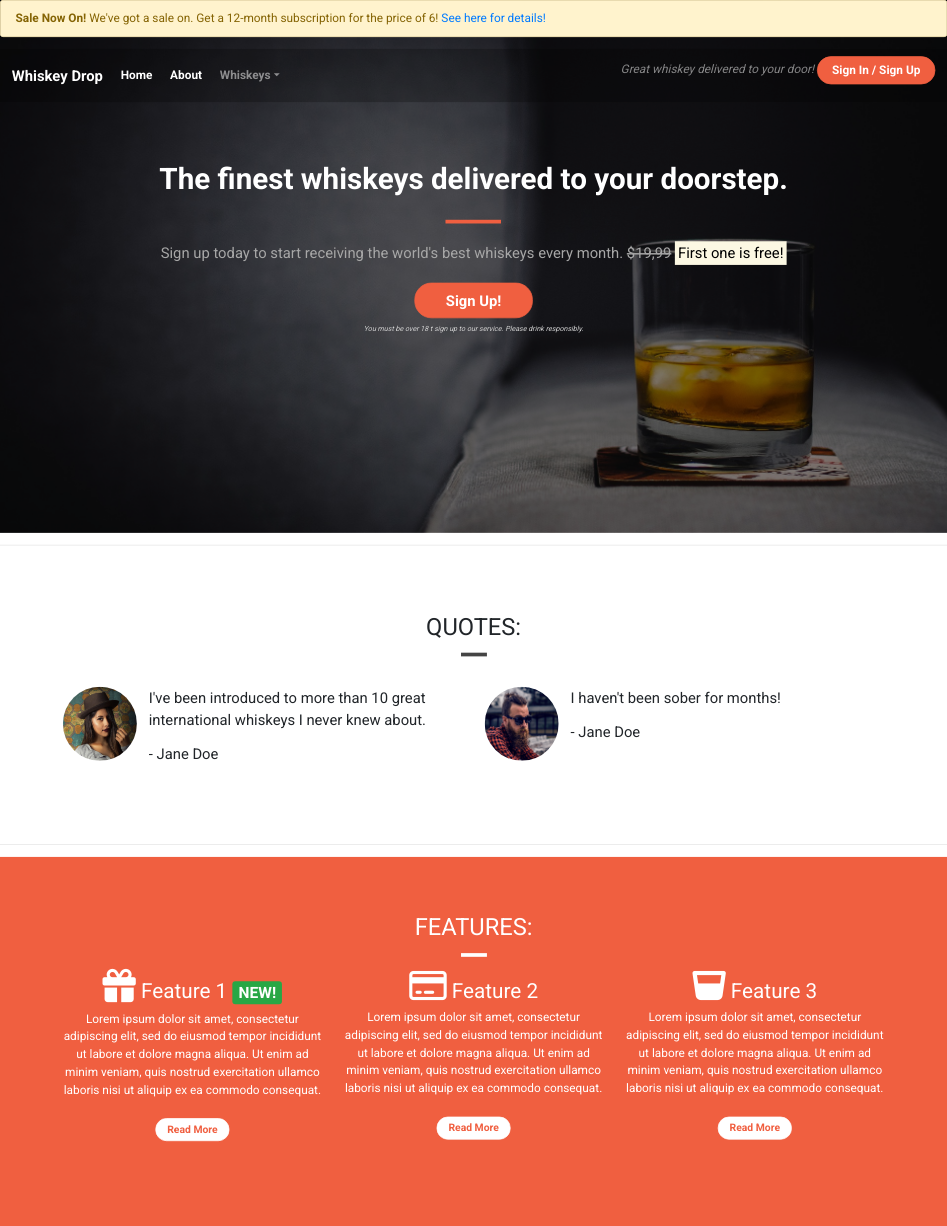
Repository: nitr-am/whiskey-project
Page: index.html
The author's editor kept a record of every edit. The page is drawn from the files as they stood at one moment, then again after the next edit.
The browser window is 1280 px wide. The pictures show the whole page, at 74% of full size.
Backgrounds fixed to the window are drawn as part of the page. Some web libraries are served in a nearby version.

Above is the page before.

### index.html
<!DOCTYPE html>
<html lang="en-us">

<head>
    <meta charset="utf-8">
    <meta name="viewport" content="width=device-width, initial-scale=1.0">
    <title>Whiskey Drop | Taste a new whiskey every month</title>
    <link rel="stylesheet" href="https://maxcdn.bootstrapcdn.com/bootstrap/4.1.3/css/bootstrap.min.css">
    <script src="https://kit.fontawesome.com/079375249b.js"></script>
    <link href="https://fonts.googleapis.com/css?family=Roboto:400,700&display=swap" rel="stylesheet">
    <link rel="stylesheet" href="css/style.css" type="text/css" />
</head>

<body>

    <div class="container-fluid navalert-container">
        <div class="container-fluid alert-container">
            <div class="row d-none d-sm-block">
                <div class="col-12">
                    <div class="site-wide-atert alert alert-warning">
                        <strong>Sale Now On!</strong> We've got a sale on. Get a 12-month subscription for the price of 6! <a href="#">See here for details!</a>
                    </div>
                </div>
            </div>
        </div>
        <nav class="navbar navbar-dark navbar-expand-sm">
            <a href="#" class="navbar-brand">Whiskey Drop</a>

            <button class="navbar-toggler ml-auto" type="button" data-toggle="collapse" data-target="#navbarNavDropdown" aria-controls="navbarNavDropdown" aria-expanded="false" aria-label="Toggle navigation">
              <span class="navbar-toggler-icon"></span>
            </button>
            <div class="collapse navbar-collapse" id="navbarNavDropdown">
                <ul class="navbar-nav mr-auto">
                    <li class="active nav-item mr-2"><a href="/" class="nav-link">Home</a></li>
                    <li class="active nav-item mr-2"><a href="/about" class="nav-link">About</a></li>
                    <li class="nav-item dropdown">
                        <a class="nav-link dropdown-toggle" href="#" id="navbarDropdownMenuLink" role="button" data-toggle="dropdown" aria-haspopup="true" aria-expanded="false">Whiskeys</a>

                        <div class="dropdown-menu" aria-labelledby="navbarDropdownMenuLink">
                            <a class="dropdown-item" href="#">Irish</a>
                            <a class="dropdown-item" href="#">Scotch</a>
                            <a class="dropdown-item" href="#">Japanese</a>
                            <a class="dropdown-item" href="#">American</a>
                        </div>
                    </li>
                    <li class="active nav-item mr-2 d-block d-sm-none"><a href="/login" class="nav-link">Sign In / Sign Up</a></li>
                </ul>
            </div>
            <div class="d-none d-md-block">
                <p class="navbar-text my_auto -mr-2"><i>Great whiskey delivered to your door!</i></p>
                <a href="/login" class="btn btn--cta btn--red">Sign In / Sign Up</a>
            </div>
        </nav>
    </div>


    <!-- Callout -->
    <div class="container-fluid callout-container">
        <div class="opaque-overlay">&nbsp;</div>
        <div class="row">
            <div class="col-12">
                <section class="callout jumbotron text-center">
                    <h1 class="jumbotron-header">The finest whiskeys delivered to your doorstep.</h1>
                    <hr class="block-divider block-divider--orange">
                    <p class="lead">Sign up today to start receiving the world's best whiskeys every month.
                        <s class="d-none d-sm-inline">$19,99</s>
                        <span class="d-inline d-sm-none"><br></span>
                        <strong><mark>First one is free!</mark></strong></p>
                    <button class="btn btn-lg btn--cta btn--red" data-toggle="modal" data-target="#signUpModal">Sign Up!</button>
                    <p class="text-muted "><small>You must be over 18 t sign up to our service. Please drink responsibly.</small></p>
                </section>
            </div>
        </div>
    </div>
    <!-- /.callout -->
    <hr>


    <!-- Quotes -->
    <div class="container-wrapper">
        <div class="container quotes-container content-container">
            <section class="quotes ">
                <div class="row ">
                    <div class="col-12 page-header">
                        <h2 class="text-uppercase">Quotes:</h2>
                        <hr class="block-divider block-divider--short">
                    </div>
                </div>
                <div class="row ">
                    <div class="col-12 col-md-6">
                        <div class="media">
                            <div class="d-none d-sm-block">
                                <img src="images/girl-image.png" class="rounded-circle mr-3" height=100 width=100>
                            </div>
                            <div class="media-body">
                                <blockquote class="blockquote ">
                                    <p>I've been introduced to more than 10 great international whiskeys I never knew about.</p>
                                    <p>- Jane Doe</p>
                                </blockquote>
                            </div>
                        </div>
                    </div>
                    <div class="col-12 col-md-6 ">
                        <div class="media">
                            <div class="d-none d-sm-block">
                                <img src="images/guy-image.png" class="rounded-circle mr-3" height=100 width=100>
                            </div>
                            <div class="media-body">
                                <blockquote class="blockquote ">
                                    <p>I haven't been sober for months!</p>
                                    <p>- Jane Doe</p>
                                </blockquote>
                            </div>
                        </div>
                    </div>
                </div>
            </section>
        </div>
    </div>
    <!-- /.quotes -->
    <hr>


    <!-- Features -->
    <div class="container-wrapper container-wrapper--red">
        <div class="container features-container content-container">
            <section class="features ">
                <div class="row ">
                    <div class="col-12 page-header">
                        <h2 class="text-uppercase ">Features:</h2>
                        <hr class="block-divider block-divider--short block-divider--white">
                    </div>
                </div>
                <div class="row ">
                    <div class="col-12 col-md-6 col-lg-4 ">
                        <div class="feature">
                            <h3><i class="fas fa-gift d-none d-sm-inline"></i> Feature 1 <span class="badge badge-success">NEW!</span></h3>
                            <p>Lorem ipsum dolor sit amet, consectetur adipiscing elit, sed do eiusmod tempor incididunt ut labore et dolore magna aliqua. Ut enim ad minim veniam, quis nostrud exercitation ullamco laboris nisi ut aliquip ex ea commodo consequat.
                            </p>
                            <p><a class="btn btn-sm btn-light " href=" ">Read More</a></p>
                        </div>
                    </div>
                    <div class="col-12 col-md-6 col-lg-4 ">
                        <div class="feature">
                            <h3><i class="far fa-credit-card d-none d-sm-inline"></i> Feature 2</h3>
                            <p>Lorem ipsum dolor sit amet, consectetur adipiscing elit, sed do eiusmod tempor incididunt ut labore et dolore magna aliqua. Ut enim ad minim veniam, quis nostrud exercitation ullamco laboris nisi ut aliquip ex ea commodo consequat.
                            </p>
                            <p><a class="btn btn-sm btn-light " href=" ">Read More</a></p>
                        </div>
                    </div>
                    <div class="col-12 d-md-none d-lg-block col-lg-4 ">
                        <div class="feature">
                            <h3><i class="fas fa-glass-whiskey d-none d-sm-inline"></i> Feature 3</h3>
                            <p>Lorem ipsum dolor sit amet, consectetur adipiscing elit, sed do eiusmod tempor incididunt ut labore et dolore magna aliqua. Ut enim ad minim veniam, quis nostrud exercitation ullamco laboris nisi ut aliquip ex ea commodo consequat.
                            </p>
                            <p><a class="btn btn-sm btn-light " href=" ">Read More</a></p>
                        </div>
                    </div>
                </div>
            </section>
        </div>
    </div>
    <!-- /.features -->

    <div class="modal" tabindex="-1" role="dialog" id="signUpModal">
        <div class="modal-dialog" role="document">
            <div class="modal-content">
                <div class="modal-header">
                    <h5 class="modal-title">Sign Up To Whiskey Drop!</h5>
                    <button type="button" class="close" data-dismiss="modal" aria-label="Close">
                        <span aria-hidden="true">&times;</span>
                    </button>
                </div>
                <div class="modal-body">
                    <form>
                        <div class="form-group">
                            <label for="exampleInputEmail1">Email address</label>
                            <input type="email" class="form-control" id="exampleInputEmail1" aria-describedby="emailHelp" placeholder="Enter email">
                            <small id="emailHelp" class="form-text text-muted">We'll never share your email with anyone else.</small>
                        </div>
                        <div class="form-group">
                            <label for="password">Password</label>
                            <input type="password" class="form-control" id="password" placeholder="Password">
                        </div>
                        <div class="form-group">
                            <label for="repeatPassword"> Repeat Password</label>
                            <input type="password" class="form-control" id="repeatPassword" placeholder="Repeat Password">
                        </div>

                        <button type="submit" class="btn btn-success">Submit</button>
                    </form>
                </div>
            </div>
        </div>
    </div>


    <script src="https://code.jquery.com/jquery-3.3.1.slim.min.js" integrity="sha384-q8i/X+965DzO0rT7abK41JStQIAqVgRVzpbzo5smXKp4YfRvH+8abtTE1Pi6jizo" crossorigin="anonymous"></script>
    <script src="https://cdnjs.cloudflare.com/ajax/libs/popper.js/1.14.7/umd/popper.min.js" integrity="sha384-UO2eT0CpHqdSJQ6hJty5KVphtPhzWj9WO1clHTMGa3JDZwrnQq4sF86dIHNDz0W1" crossorigin="anonymous"></script>
    <script src="https://stackpath.bootstrapcdn.com/bootstrap/4.3.1/js/bootstrap.min.js" integrity="sha384-JjSmVgyd0p3pXB1rRibZUAYoIIy6OrQ6VrjIEaFf/nJGzIxFDsf4x0xIM+B07jRM" crossorigin="anonymous"></script>
</body>

</html>

### css/style.css
body {
    font-family: "Roboto", sans-serif;
}

.callout-container {
    height: 100vh;

    background: url("../images/whiskey-background.jpg") no-repeat bottom right fixed;
    -webkit-background-size: cover;
    -moz-background-size: cover;
    -o-background-size: cover;
    background-size: cover;

    display: flex;
    align-items: center;
    justify-content: center;

    position:relative;
}

.opaque-overlay {
    position: absolute;
    top: 0;
    left: 0;
    height: 100%;
    width: 100%;
    background-color: rgba(0, 0, 0, 0.5);
}

/* containers */

.content-container {
    padding-top: 75px;
    padding-bottom: 75px;
}

.container-wrapper {}

.container-wrapper--red {
    background-color: #f05f40;
    color:white;
}
.quotes-container {}

.features-container {}

/* Page headers */

.page-header {
    margin-bottom: 0;
    border-bottom: 0;
    text-align: center;
}

.page-header h2 {
    margin-top: 0;
}

.quotes .page-header {
    margin-bottom:25px;
}

/* Block dividers */

.block-divider {
    width:75px;
    height:5px;
    border:0;
    background-color:#444;
}

.block-divider--orange {
    background-color: #f05f40;
}

.block-divider--white {
    background-color: white;
}

.block-divider--short {
    width: 35px;
}

/* Navbar */

.navalert-container {
    position: absolute;
    top: 0;
    left: 0;
    z-index: 1;
    padding-left: 0;
    padding-right: 0;
}

.navbar {
    margin-bottom: 0;
    width: 100%;
    background-color: rgba(0, 0, 0, .25);
    border: 0;
}

.navbar .navbar-toggler {
    border:0;
}

.navbar-dark .navbar-brand {
    font-weight: bold;
}

.navbar .navbar-nav a {
    font-weight: bold;
}

.alert-container .col-12 {
    padding-left: 0;
    padding-right: 0;
}

.site-wide-alert {
    color: #544600;
    background-color: #eec802;
    border-color: #eec802;
    padding: 5px 15px;
    margin-bottom: 0;
    border: 1px solid transparent;
    border-radius: 0;

}

/* Jumbotrons */

.jumbotron {
    background-color: transparent;
}

.jumbotron h1 {
    color:white;
    font-weight: bold;
    margin-bottom: 30px;
}
.jumbotron .lead {
    margin:25px 0;
    color: #a7a7a7;
}
.jumbotron small {
    font-size:60%;
    font-style: italic;
    color: #d0d0d0;
}

/* Buttons */

.btn--cta {
    font-weight: bold;
    border-radius:23px;
    width:160px;
}
.btn--red {
    color:white;
    background-color: #f05f40;
    border-color:#f05f40;
}

.btn--red:hover,
.btn--red:active,
.btn--red:focus,
.btn--red:active:focus {
    background-color: #df4929;
    border-color: #df4929;
    color: white;
}

.feature {
    text-align: center;
    margin-bottom: 40px;
}

.feature i {
    margin-bottom: 20px;
    font-size: 45px;
    line-height: 45px;
}

.feature .btn {
    background-color: white;
    border-color: white;
    border-radius: 15px;
    min-width: 100px;
    font-weight: bold;
    margin-top: 10px;
    color: #f05f40;
}

After the next edit:
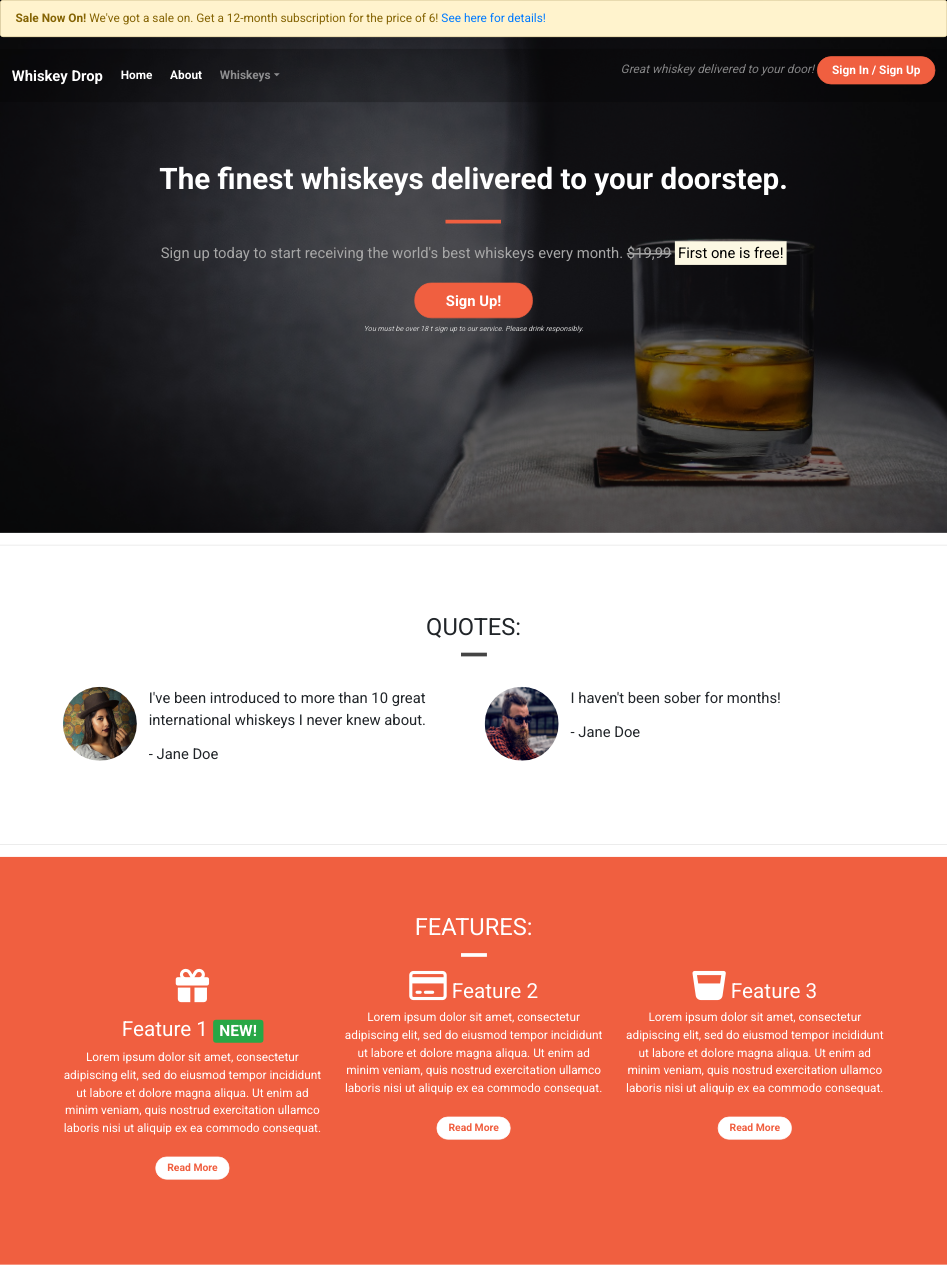
The edit:
--- a/index.html
+++ b/index.html
@@ -134,7 +134,7 @@
                 <div class="row ">
                     <div class="col-12 col-md-6 col-lg-4 ">
                         <div class="feature">
-                            <h3><i class="fas fa-gift d-none d-sm-inline"></i> Feature 1 <span class="badge badge-success">NEW!</span></h3>
+                            <h3><i class="fas fa-gift d-none d-sm-block"></i> Feature 1 <span class="badge badge-success">NEW!</span></h3>
                             <p>Lorem ipsum dolor sit amet, consectetur adipiscing elit, sed do eiusmod tempor incididunt ut labore et dolore magna aliqua. Ut enim ad minim veniam, quis nostrud exercitation ullamco laboris nisi ut aliquip ex ea commodo consequat.
                             </p>
                             <p><a class="btn btn-sm btn-light " href=" ">Read More</a></p>
